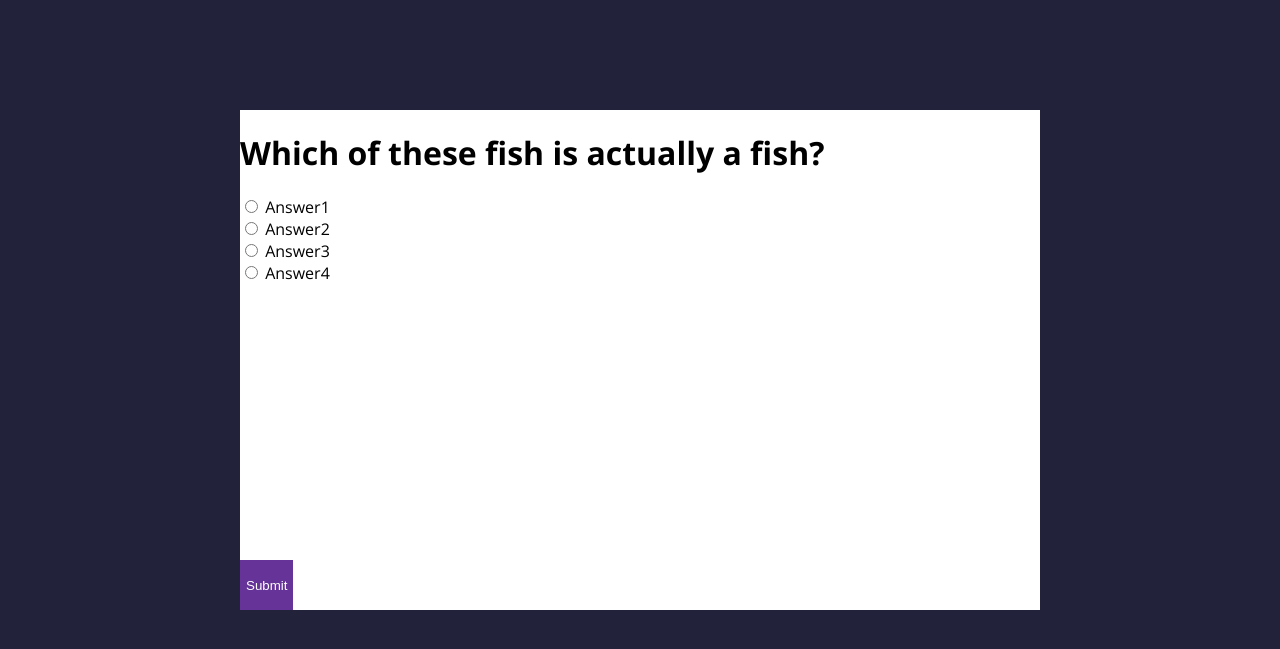
Repository: Wanglongzhi2001/Learn-javascript
Page: quiz/quiz.html
These files come from the project's save history. The page is drawn as it stood at one moment and after the next save; the edit follows.
The browser window is 1280 px wide. The pictures show the whole page.

Above is the page before, as saved 2023-02-02 19:35:15.

After the next save:
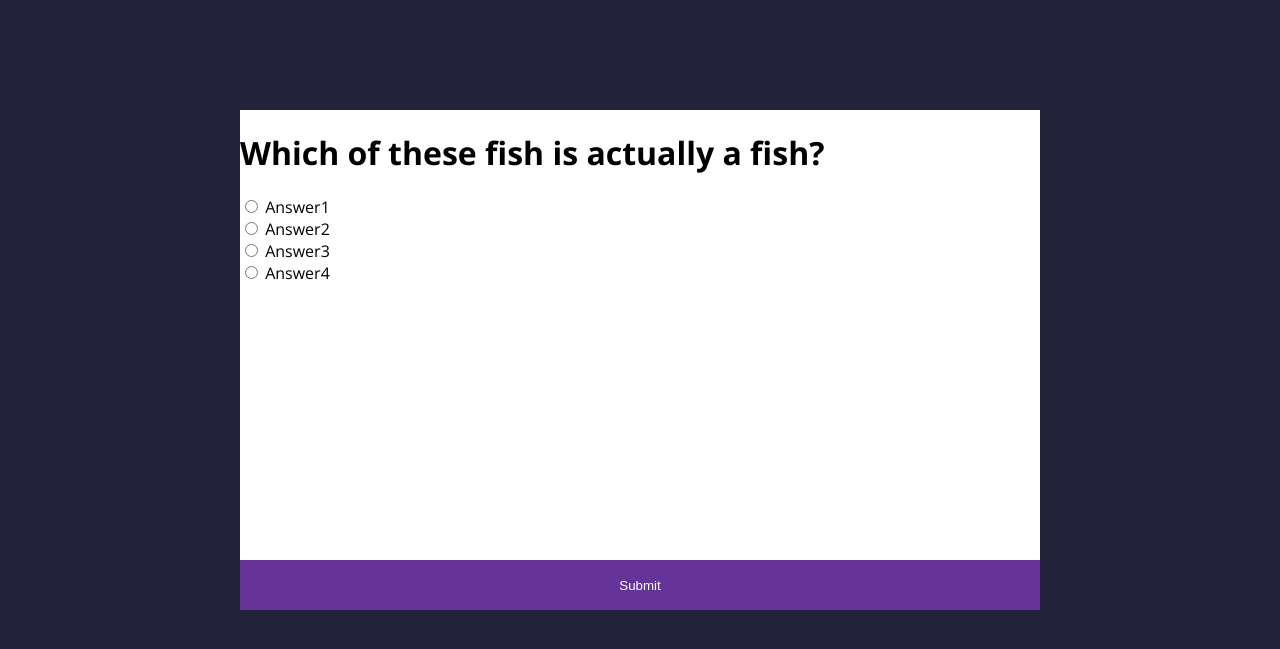
Saved 41 s later.
--- a/quiz/quiz.css
+++ b/quiz/quiz.css
@@ -18,7 +18,7 @@ body{
     background-color: rebeccapurple;
     color: white;
     border: none;
-    widows: 100%;;
+    width: 100%;;
     height: 50px;
     cursor: pointer;
     position:absolute;
